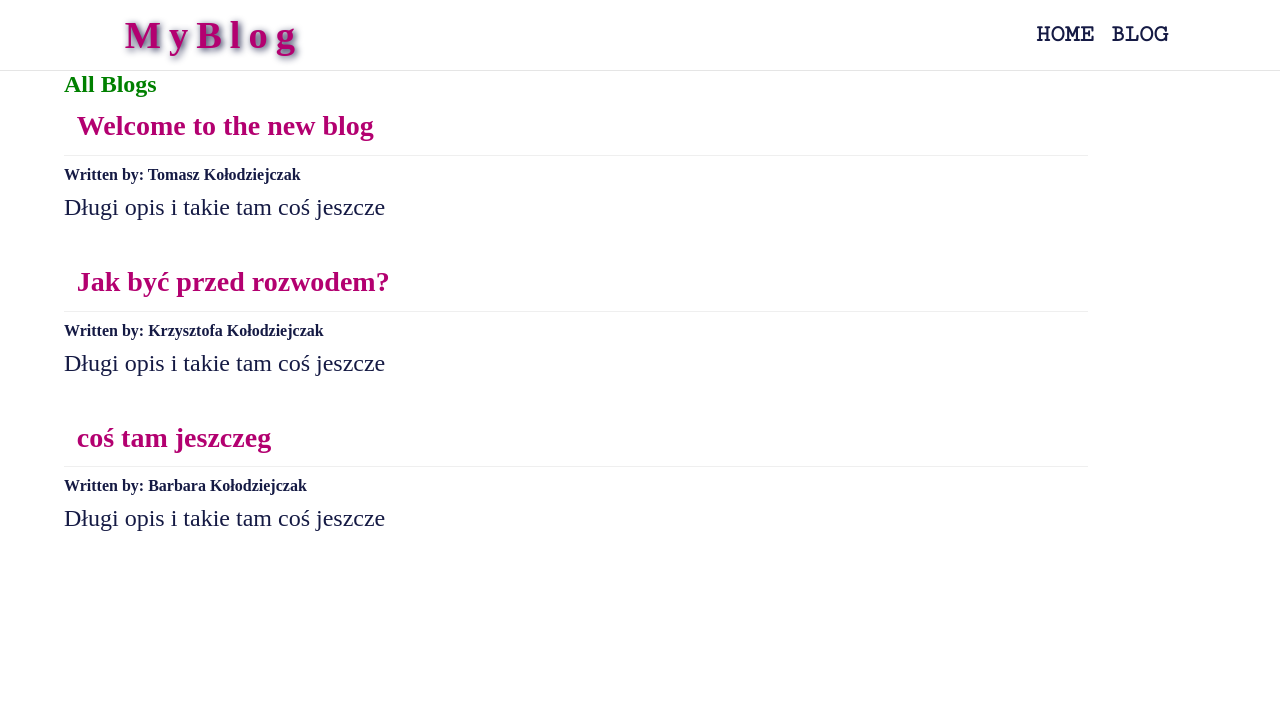
Repository: KrzysKolo/myBlog
Page: /
The author's editor kept a copy of each file at every save. The page is drawn from the files as they stood at one save, then again after the next save.
The browser window is 1280 px wide. The pictures show the whole page.
Some web fonts or font styles are not loaded; a fallback is used. The project was rebuilt for these pictures with package versions that can differ from the ones it lists, and the page was loaded fresh each time. Requests to the local data server were answered from the project's data file. Also part of the build but not shown: src/pages/Blog/Blog.css, src/pages/Blog/Blog.js, src/pages/BlogNote/BlogNote.css, src/pages/BlogNote/BlogNote.js.

Above is the page before, as saved 2021-04-27 10:47:42.

### src/App.js
import React from 'react';
import { BrowserRouter as Router, Switch, Route } from 'react-router-dom';
import { Home, Blog, BlogNote } from './pages';
import { Header } from './components';

import './App.css';

const App = () => {
  return (
    <Router>
      <main className="App">
        <Header />
        <Switch>
          <Route path="/" exact component={Home} />
          <Route path="/blog" exact component={Blog} />
          <Route path="/note/:id" exact component={BlogNote} />
        </Switch>
      </main>
    </Router>
  )
}

export default App;

### src/pages/index.js
export { default as Home } from './Home/Home';
export { default as Blog } from './Blog/Blog';
export { default as BlogNote } from './BlogNote/BlogNote';

### src/components/index.js
export { default as Header } from './Header/Header';
export { default as Navigation } from './Navigation/Navigation';

### src/App.css
@import url("https://fonts.googleapis.com/css2?family=Barrio&family=Cutive+Mono&family=Meddon&family=Princess+Sofia&family=Snowburst+One&display=swap");
* {
  box-sizing: border-box;
  margin: 0;
  padding: 0;
}
.wrapper {
  width: 90vw;
  margin: 0 auto;
  display: flex;
  flex-direction: row;
  justify-content: space-between;
  align-items: center;
}

### src/pages/Home/Home.js
import React, {useState, useEffect} from 'react';
import BlogList from '../../components/BlogList/BlogList';
import './Home.css';

const Home = () => {
	const[blogs, setBlogs] = useState(null);

	const blog = 'http://localhost:4000/posts';

	useEffect(() => {
		fetch(blog)
		.then(res =>{
			return res.json()
		})
		.then(data => {
			console.log(data);
			setBlogs(data);
		})
	}, []);

	return (
      <main className="Home">
        <section className="wrapper">
     			{blogs && <BlogList blogs={blogs} title="All Blogs"  /> }
        </section>
      </main>
    )
}

export default Home

### src/components/Header/Header.js
import React from 'react';
import Navigation from '../Navigation/Navigation';
import './Header.css';

const Header = () => {
    return (
        <header >
          <section className="wrapper" >
            <Navigation />
          </section>
        </header>
    )
}

export default Header;

### src/components/Navigation/Navigation.js
import React from 'react';
import { Link } from 'react-router-dom';
import dataMenu from './dataMenu';

import './Navigation.css';

const Navigation = () => {
    const menu = dataMenu.map(item => <Link key={item.path} to={item.path} exact={item.exact ? item.exact : false} className="link">{item.name}</Link>)
    return (
        <nav>
        	<h1>MyBlog</h1>
          <ul>
            {menu}
          </ul>
        </nav>
    )
}

export default Navigation;

### src/components/BlogList/BlogList.js
import React from 'react';
import './BlogList.css';

const BlogList = ({ blogs, title}) => {
    const blogItem = blogs.map(blog => (
        <div className="blog-preview" key={blog.id}>
            <h3>{blog.title}</h3>
            <h4>Written by: {blog.author}</h4>
            <p>{blog.body}</p>

        </div>
    ));
    return (
        <div>
            <h2>{title}</h2>
            {blogItem}
        </div>
    )
}

export default BlogList;

### src/pages/Home/Home.css
.Home {
  color: green;
}

### src/components/Header/Header.css
header {
  border-bottom: 1px solid #e5e5e5;
}

### src/components/Navigation/dataMenu.js
const dataMenu=[
    { name: 'Home', path: "/", exact: true },
    { name: 'Blog', path: "/blog"},
/*     { name: 'NoteBlog', path: "/contact"},
    { name: 'Posts', path: "/posts" }, */
];
export default dataMenu;

### src/components/Navigation/Navigation.css
@import url("https://fonts.googleapis.com/css2?family=Barrio&family=Cutive+Mono&family=Meddon&family=Princess+Sofia&family=Snowburst+One&display=swap");

/* font-family: 'Barrio', cursive;
font-family: 'Cutive Mono', monospace;
font-family: 'Meddon', cursive;
font-family: 'Princess Sofia', cursive;
font-family: 'Snowburst One', cursive; */

nav {
  display: flex;
  flex-direction: row;
  justify-content: space-between;
  align-items: center;
  width: 100%;
}

nav h1 {
  color: #b30070;
  font-family: "Princess Sofia", cursive;
  font-size: 2.4rem;
  letter-spacing: 8px;
  margin-left: 3rem;
  padding: 0.8rem;
  text-shadow: 2px 2px 7px #151a44;
}

nav ul {
  font-family: "Cutive Mono", monospace;
  font-size: 1.5rem;
  text-transform: uppercase;
  margin-right: 3rem;
}
.link {
  font-weight: 600;
  margin-left: 1rem;
  text-decoration: none;
  color: #151a44;
  transition: all 0.3s ease-in-out;
}
.link:hover {
  color: #b30070;
}

### src/components/BlogList/BlogList.css
.blog-preview {
  /* border: 2px solid red; */
  border-radius: 20px;
  width: 80vw;
  margin-bottom: 2rem;
  font-family: "Princess Sofia", cursive;
  color: #151a44;
}
.blog-preview h3 {
  font-size: 1.75rem;
  color: #b30070;
  padding: 0.8rem;
  border-bottom: 1px solid #efefef;
}
.blog-preview h4 {
  font-family: "Times New Roman", Times, serif;
  padding: 10px 0;
}
.blog-preview p {
  font-size: 1.5rem;
}

### db.json
{
  "posts": [
    {
      "id": 1,
      "title": "Welcome to the new blog",
      "body": "Długi opis i takie tam coś jeszcze",
      "author": "Tomasz Kołodziejczak",
      "likes": 30
    },
    {
      "id": 2,
      "title": "Jak być przed rozwodem?",
      "body": "Długi opis i takie tam coś jeszcze",
      "author": "Krzysztofa Kołodziejczak",
      "likes": 30
    },
    {
      "id": 3,
      "title": "coś tam jeszczeg",
      "body": "Długi opis i takie tam coś jeszcze",
      "author": "Barbara Kołodziejczak",
      "likes": 5
    }
  ]
}

Loaded but not shown: public/index.html (common file); src/index.js (common file)

After the next save:
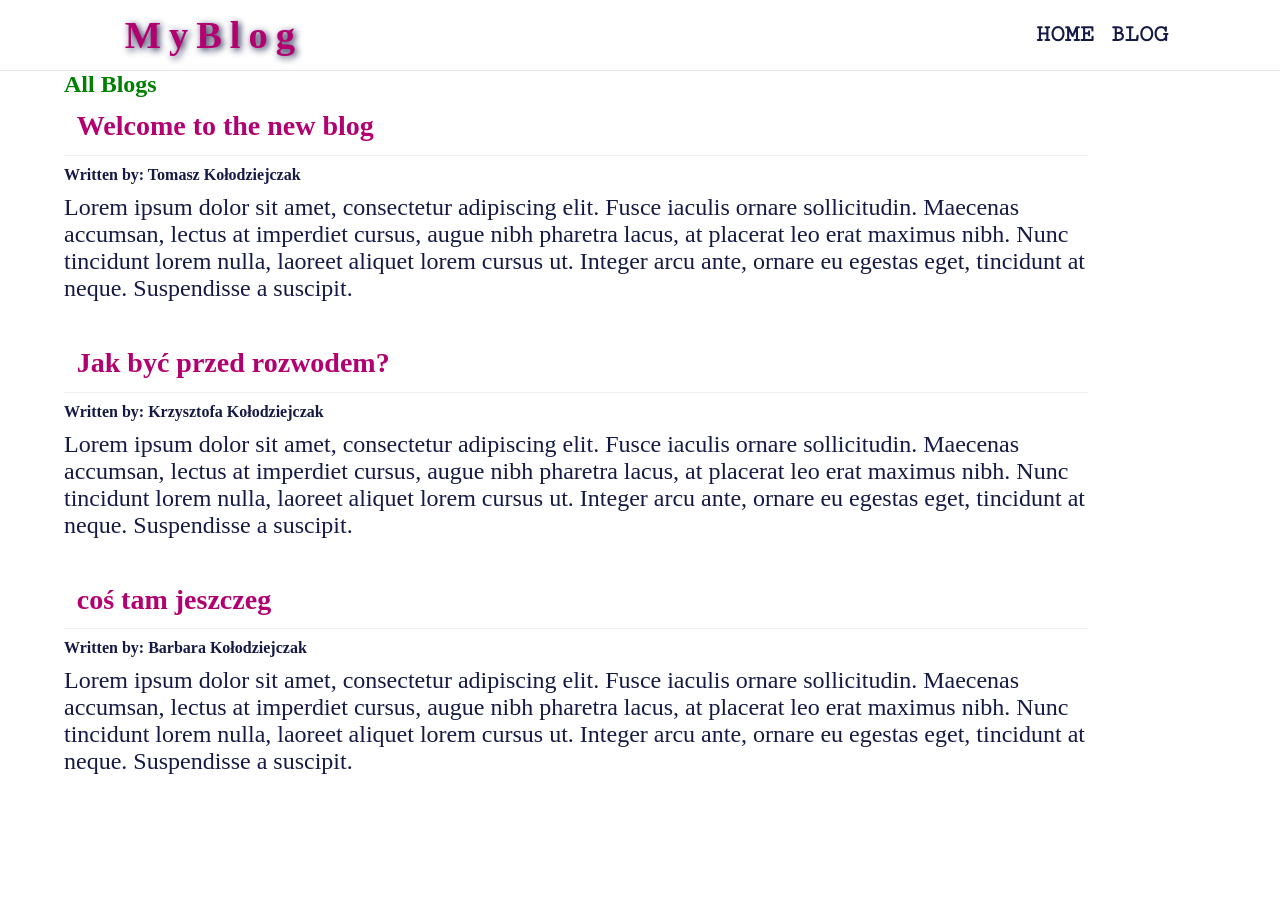
Saved 2 min 12 s later.
--- a/db.json
+++ b/db.json
@@ -3,21 +3,21 @@
     {
       "id": 1,
       "title": "Welcome to the new blog",
-      "body": "Długi opis i takie tam coś jeszcze",
+      "body": "Lorem ipsum dolor sit amet, consectetur adipiscing elit. Fusce iaculis ornare sollicitudin. Maecenas accumsan, lectus at imperdiet cursus, augue nibh pharetra lacus, at placerat leo erat maximus nibh. Nunc tincidunt lorem nulla, laoreet aliquet lorem cursus ut. Integer arcu ante, ornare eu egestas eget, tincidunt at neque. Suspendisse a suscipit.",
       "author": "Tomasz Kołodziejczak",
       "likes": 30
     },
     {
       "id": 2,
       "title": "Jak być przed rozwodem?",
-      "body": "Długi opis i takie tam coś jeszcze",
+      "body": "Lorem ipsum dolor sit amet, consectetur adipiscing elit. Fusce iaculis ornare sollicitudin. Maecenas accumsan, lectus at imperdiet cursus, augue nibh pharetra lacus, at placerat leo erat maximus nibh. Nunc tincidunt lorem nulla, laoreet aliquet lorem cursus ut. Integer arcu ante, ornare eu egestas eget, tincidunt at neque. Suspendisse a suscipit.",
       "author": "Krzysztofa Kołodziejczak",
       "likes": 30
     },
     {
       "id": 3,
       "title": "coś tam jeszczeg",
-      "body": "Długi opis i takie tam coś jeszcze",
+      "body": "Lorem ipsum dolor sit amet, consectetur adipiscing elit. Fusce iaculis ornare sollicitudin. Maecenas accumsan, lectus at imperdiet cursus, augue nibh pharetra lacus, at placerat leo erat maximus nibh. Nunc tincidunt lorem nulla, laoreet aliquet lorem cursus ut. Integer arcu ante, ornare eu egestas eget, tincidunt at neque. Suspendisse a suscipit.",
       "author": "Barbara Kołodziejczak",
       "likes": 5
     }
